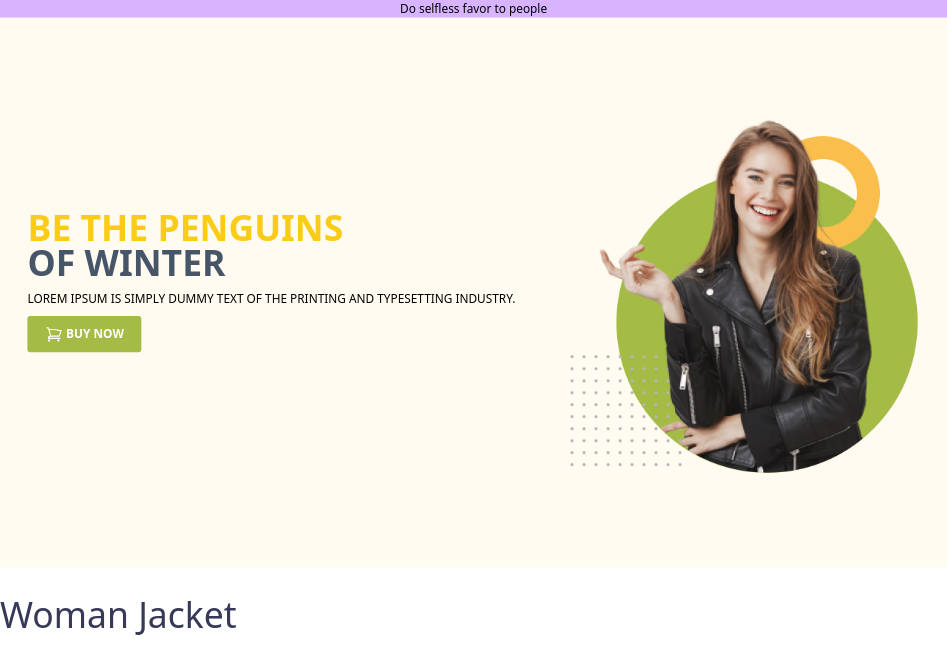
Repository: zjria/penguin-e-commerce-fashion
Page: index.html
The author's editor kept a copy of each file at every save. The page is drawn from the files as they stood at one save, then again after the next save.
The browser window is 1280 px wide. The pictures show the whole page, at 74% of full size.
Some web libraries are served in a nearby version.

Above is the page before, as saved 2022-10-06 11:55:48.

### index.html
<!DOCTYPE html>
<html lang="en">

<head>
    <meta charset="UTF-8">
    <meta http-equiv="X-UA-Compatible" content="IE=edge">
    <meta name="viewport" content="width=device-width, initial-scale=1.0">
    <title>Penguin E-commerce</title>
    <!-- Google Fonts Link -->
    <link rel="preconnect" href="https://fonts.googleapis.com">
    <link rel="preconnect" href="https://fonts.gstatic.com" crossorigin>
    <link href="https://fonts.googleapis.com/css2?family=Bebas+Neue&family=Roboto:wght@100;300;400;500&display=swap"
        rel="stylesheet">

    <!-- Tailwind CSS CDN link -->
    <script src="https://cdn.tailwindcss.com"></script>
    <script>
        tailwind.config = {
            theme: {
                extend: {
                    colors: {
                        clifford: '#da373d',
                        header_bg: '#FFFBF0',
                        main_text_color: '#363958'
                    }
                }
            }
        }
    </script>
</head>

<body>
    <h2 class="bg-purple-300 text-center font-header_text">Do selfless favor to people</h2>


    <!-- Header Section -->
    <header class="bg-header_bg pb-32 pt-24">
        <section class="container mx-auto uppercase sm:flex items-center justify-around">
            <div class="space-y-3">
                <h1 class="text-2xl sm:text-5xl font-bold font-header_text">
                    <span class="text-yellow-400">Be the Penguins</span> <br>
                    <span class="text-slate-600">of Winter</span>
                </h1>
                <p class="font-anther_text">Lorem Ipsum is simply dummy text of the printing
                    and typesetting industry.</p>
                <button class="uppercase bg-[#A4BC46] py-3 px-6 text-white font-semibold rounded font-anther_text"> <svg
                        xmlns="http://www.w3.org/2000/svg" fill="none" viewBox="0 0 24 24" stroke-width="1.5"
                        stroke="currentColor" class="w-6 h-6 inline text-white">
                        <path stroke-linecap="round" stroke-linejoin="round"
                            d="M2.25 3h1.386c.51 0 .955.343 1.087.835l.383 1.437M7.5 14.25a3 3 0 00-3 3h15.75m-12.75-3h11.218c1.121-2.3 2.1-4.684 2.924-7.138a60.114 60.114 0 00-16.536-1.84M7.5 14.25L5.106 5.272M6 20.25a.75.75 0 11-1.5 0 .75.75 0 011.5 0zm12.75 0a.75.75 0 11-1.5 0 .75.75 0 011.5 0z" />
                    </svg>
                    Buy Now</button>
            </div>
            <div class="pt-8 sm:pt-8">
                <img class=" w-1/2 sm:w-full" src="images/model.png" alt="">
            </div>
        </section>
    </header>

    <!-- Main Section Start -->
    <main>
        <section class="container mx-auto">
            <h2 class="text-5xl my-10 text-main_text_color font-header_text">Woman Jacket</h2>
            <div class="grid-cols-3">

            </div>
        </section>
    </main>

</body>

</html>

After the next save:
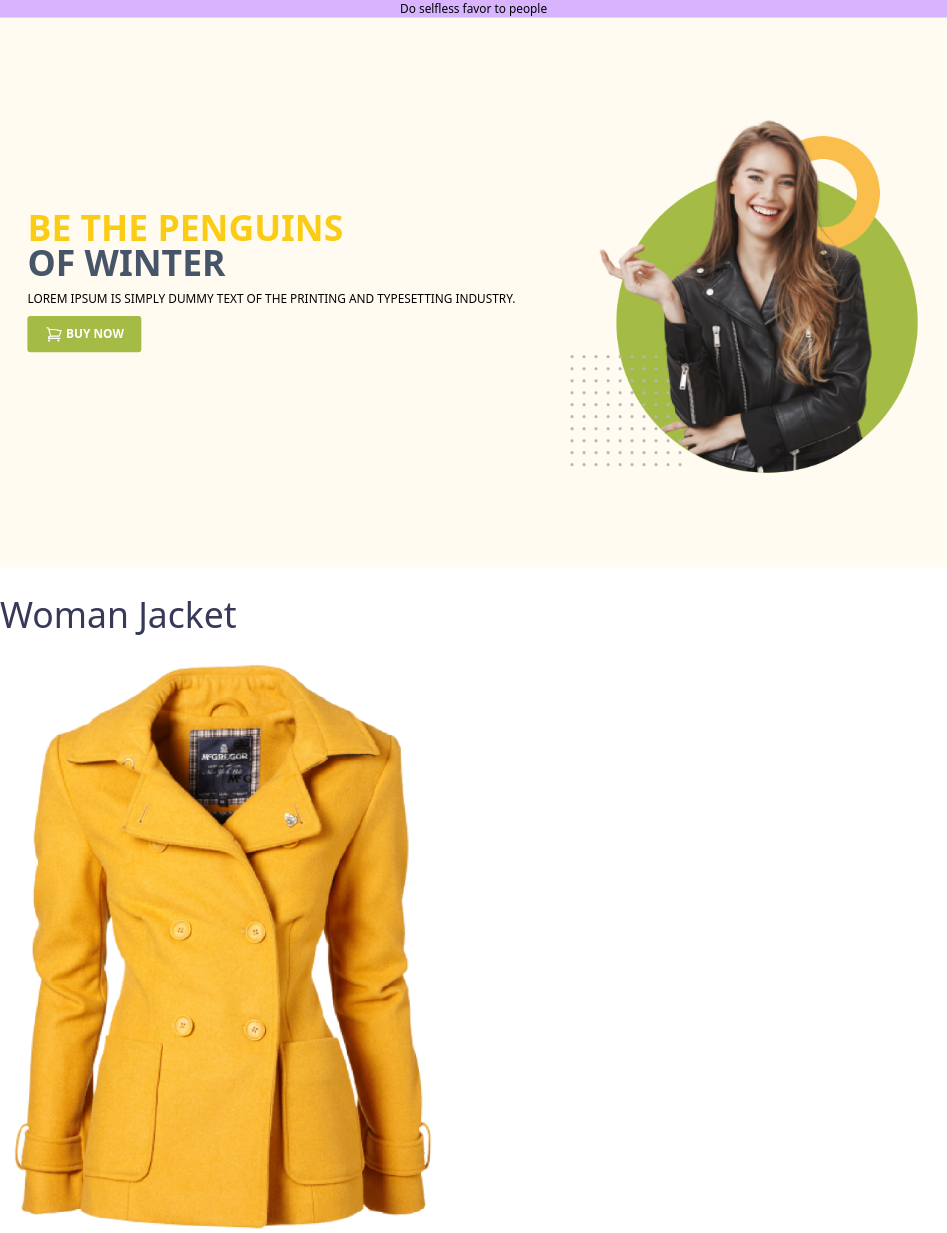
Saved 19 h 11 min later.
--- a/index.html
+++ b/index.html
@@ -62,7 +62,10 @@
         <section class="container mx-auto">
             <h2 class="text-5xl my-10 text-main_text_color font-header_text">Woman Jacket</h2>
             <div class="grid-cols-3">
+                <div class="card-information">
+                    <img src="images/jacket-1.png" alt="">
 
+                </div>
             </div>
         </section>
     </main>
